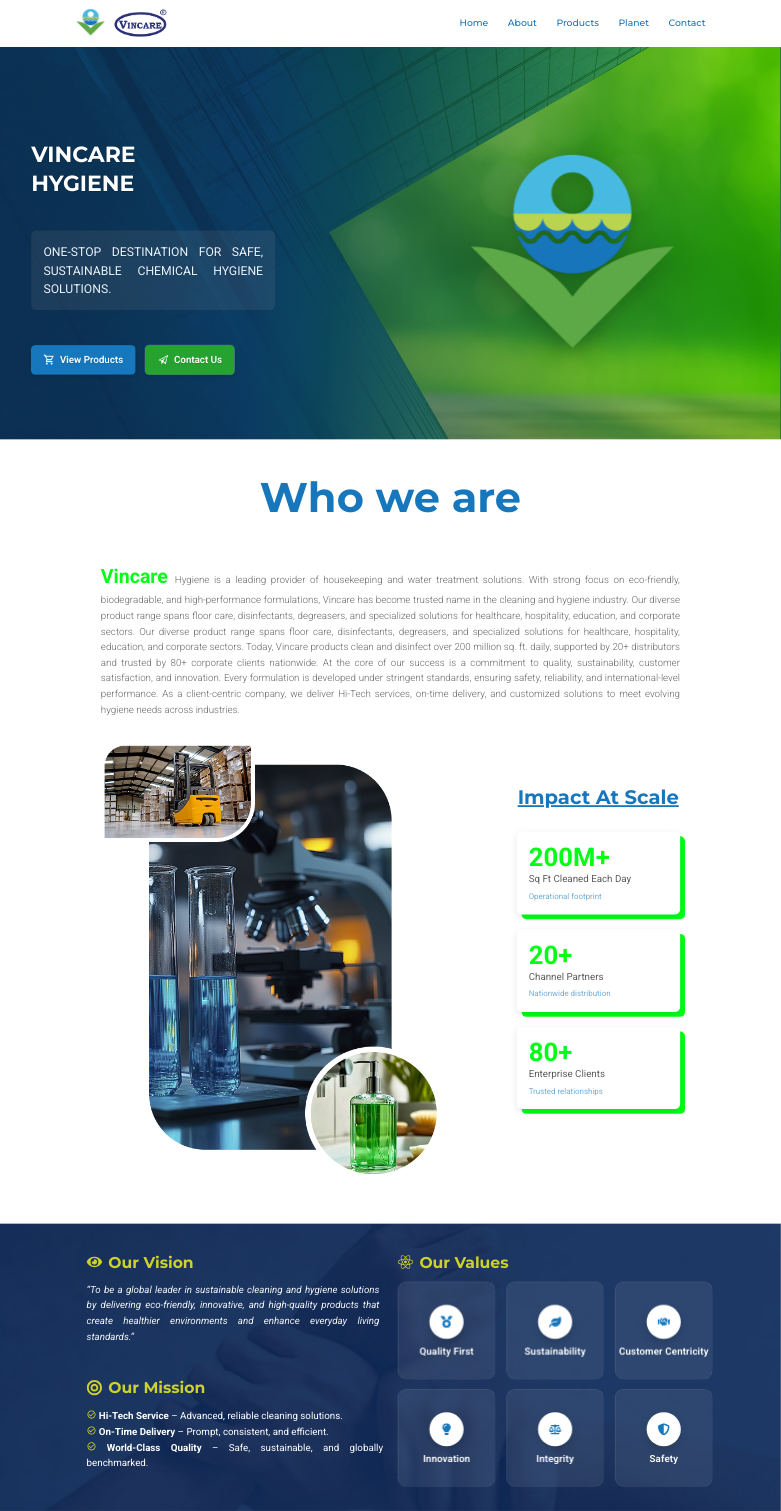
Repository: Yeshwanth-189/vincare
Page: / (app in vincare-frontend/)
These files come from the project's save history. The page is drawn as it stood at one moment and after the next save; the edit follows.
The browser window is 1280 px wide. The pictures show the whole page, at 61% of full size.
The project was rebuilt for these pictures with package versions that can differ from the ones it lists, and the page was loaded fresh each time. Also part of the build but not shown: vincare-frontend/vite.config.js.

Above is the page before, as saved 2025-09-20 02:35:42.

After the next save:
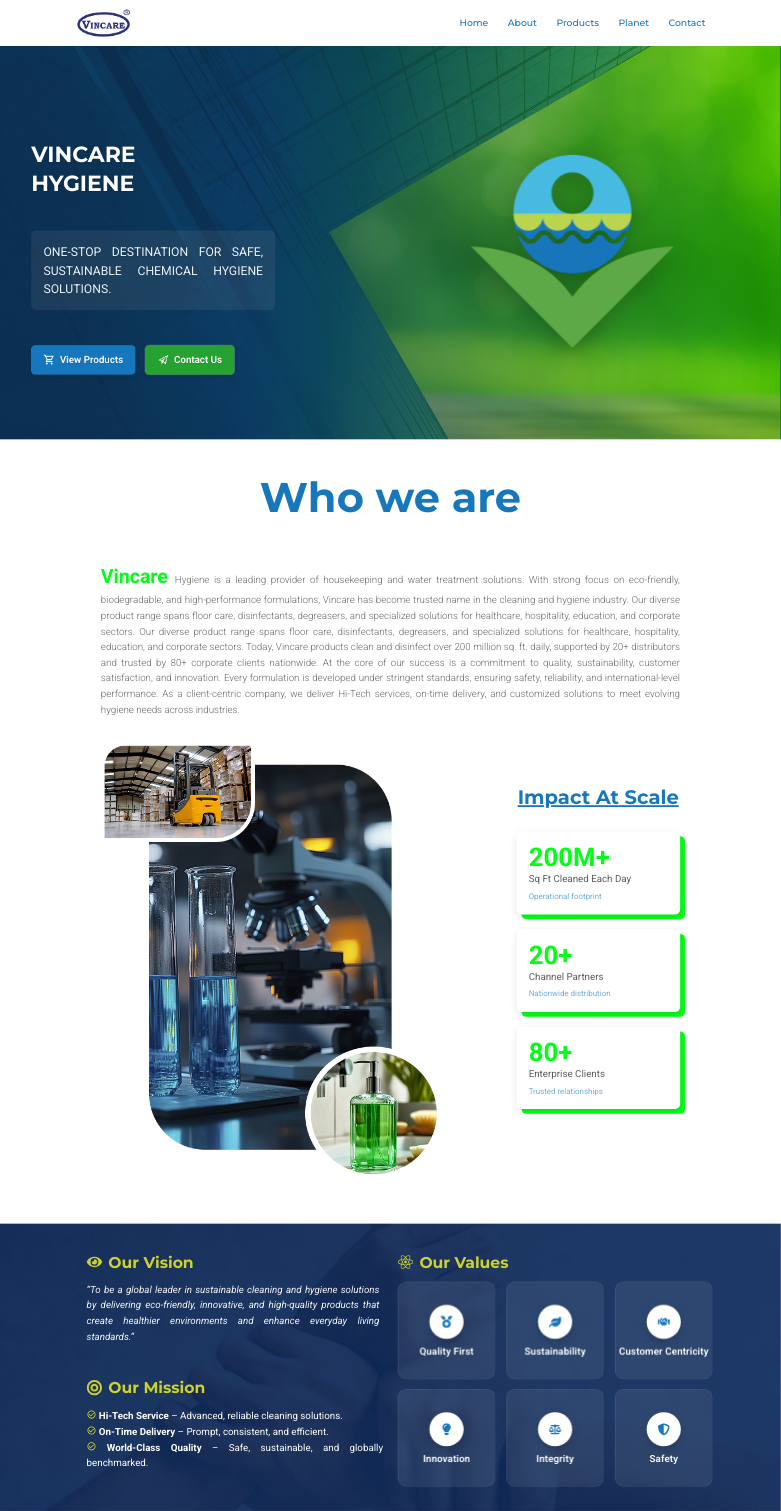
Saved 16 h 12 min later.
--- a/vincare-frontend/src/components/Navbar.jsx
+++ b/vincare-frontend/src/components/Navbar.jsx
@@ -14,7 +14,6 @@
 
         <div className="col-2to11 navbar-content">
           <div className="navbar-logo">
-            <img alt="logo" className="navbar-logo-image" src={VincareLogo} />
             <img
               alt="logo"
               className="navbar-word-logo-image"
